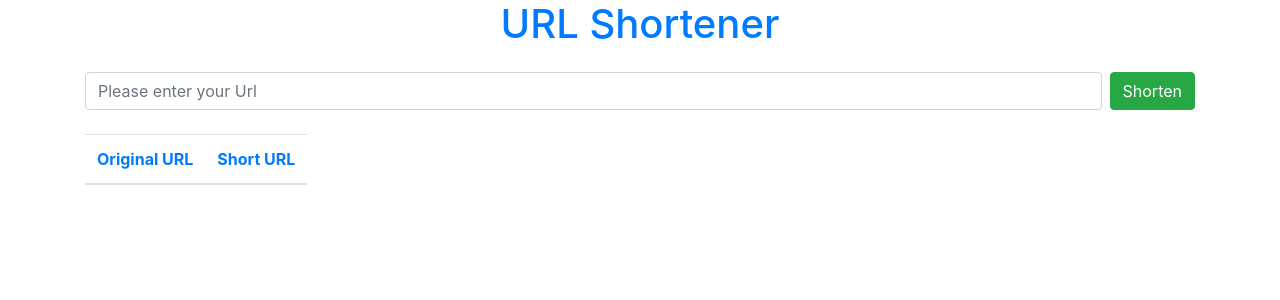
Repository: Art101-ui/Url-shorterner
Page: http://localhost/
These files come from the project's save history. The page is drawn as it stood at one moment and after the next save; the edit follows.
The browser window is 1280 px wide. The pictures show the whole page.
The page is served by the project's Node server (server.js). Other server files are loaded and not shown. Queries for data that is not in the repository find no rows.

Above is the page before, as saved 2022-02-24 14:33:56.

### views/index.ejs
<!DOCTYPE html>
<html lang="en">
  <head>
    <meta charset="UTF-8" />
    <meta name="viewport" content="width=device-width, initial-scale=1.0" />
    <meta http-equiv="X-UA-Compatible" content="ie=edge" />
    <link
      rel="stylesheet"
      href="https://stackpath.bootstrapcdn.com/bootstrap/4.4.1/css/bootstrap.min.css"
      integrity="sha384-Vkoo8x4CGsO3+Hhxv8T/Q5PaXtkKtu6ug5TOeNV6gBiFeWPGFN9MuhOf23Q9Ifjh"
      crossorigin="anonymous"
    />
    <title>Document</title>
  </head>
  <body>
    <div class="container">
      <h1 class="text-center text-primary">URL Shortener</h1>
      <form action="/shortUrls" method="POST" class="my-4 form-inline">
        <label for="fullUrl" class="sr-only">Url</label>
        <input
          required
          placeholder="Please enter your Url"
          type="url"
          name="fullUrl"
          id="fullUrl"
          class="form-control col mr-2"
        />
        <button class="btn btn-success" type="submit">Shorten</button>
      </form>

      <table class="table table-striped table-responsive">
        <thead>
          <tr>
            <th class="text-primary">Original URL</th>
            <th class="text-primary">Short URL</th>
          </tr>
        </thead>
        <tbody>
          <% shortUrls.forEach(shortUrl => { %>
          <tr>
            <td><a href="<%= shortUrl.full %>"><%= shortUrl.full %></a></td>
            <td><a href="<%= shortUrl.short %>"><%= shortUrl.short %></a></td>
          </tr>
          <% }) %>
        </tbody>
      </table>
    </div>
  </body>
</html>

### server.js
const express = require('express');
const mongoose = require('mongoose');
const connectDB = require('./config/db');
const ShortUrl = require('./models/shortUrl');
const app = express();

// mongoose.connect('mongodb://0.0.0.0:27017/urlShortener', {
//   useNewUrlParser: true,
//   useUnifiedTopology: true,
// });

connectDB();

app.set('view engine', 'ejs');
app.use(express.urlencoded({ extended: false }));

app.get('/', async (req, res) => {
  const shortUrls = await ShortUrl.find();
  res.render('index', { shortUrls: shortUrls });
});

app.post('/shortUrls', async (req, res) => {
  await ShortUrl.create({ full: req.body.fullUrl });

  res.redirect('/');
});

app.get('/:shortUrl', async (req, res) => {
  const shortUrl = await ShortUrl.findOne({ short: req.params.shortUrl });
  if (shortUrl == null) return res.sendStatus(404);

  shortUrl.clicks++;
  shortUrl.save();

  res.redirect(shortUrl.full);
});

const PORT = process.env.PORT || 3300;

app.listen(PORT, () => console.log(`Server started on port ${PORT}`));

After the next save:
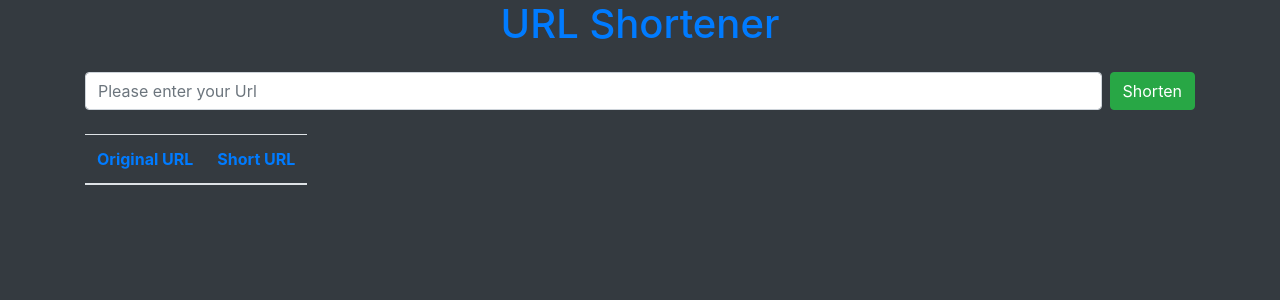
Saved 97 s later.
--- a/views/index.ejs
+++ b/views/index.ejs
@@ -12,7 +12,7 @@
     />
     <title>Document</title>
   </head>
-  <body>
+  <body class="bg-dark">
     <div class="container">
       <h1 class="text-center text-primary">URL Shortener</h1>
       <form action="/shortUrls" method="POST" class="my-4 form-inline">
